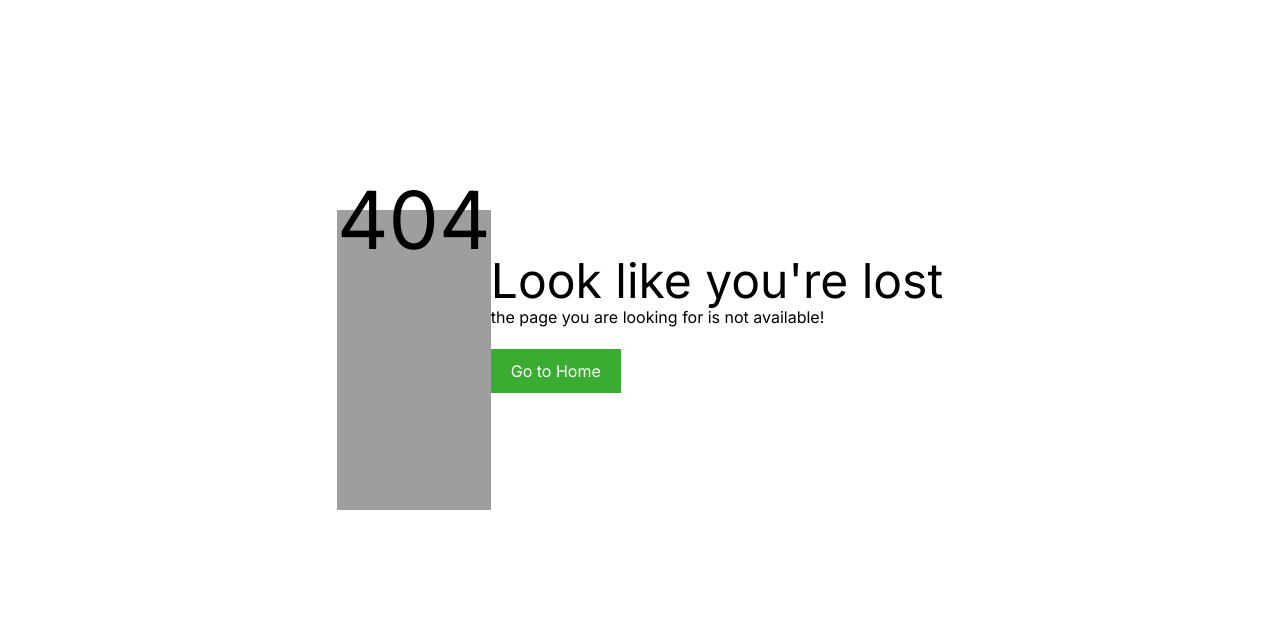
Repository: LuizAGDomingues/404-page
Page: /
These files come from the project's save history. The page is drawn as it stood at one moment and after the next save; the edit follows.
The browser window is 1280 px wide. The pictures show the whole page.
Pictures or frames that could not be fetched are drawn as grey boxes. The project was rebuilt for these pictures with package versions that can differ from the ones it lists, and the page was loaded fresh each time. The framework's server and built-in components were replaced by stand-ins that run in the browser. Also part of the build but not shown: next.config.js.

Above is the page before, as saved 2023-06-13 16:01:40.

After the next save:
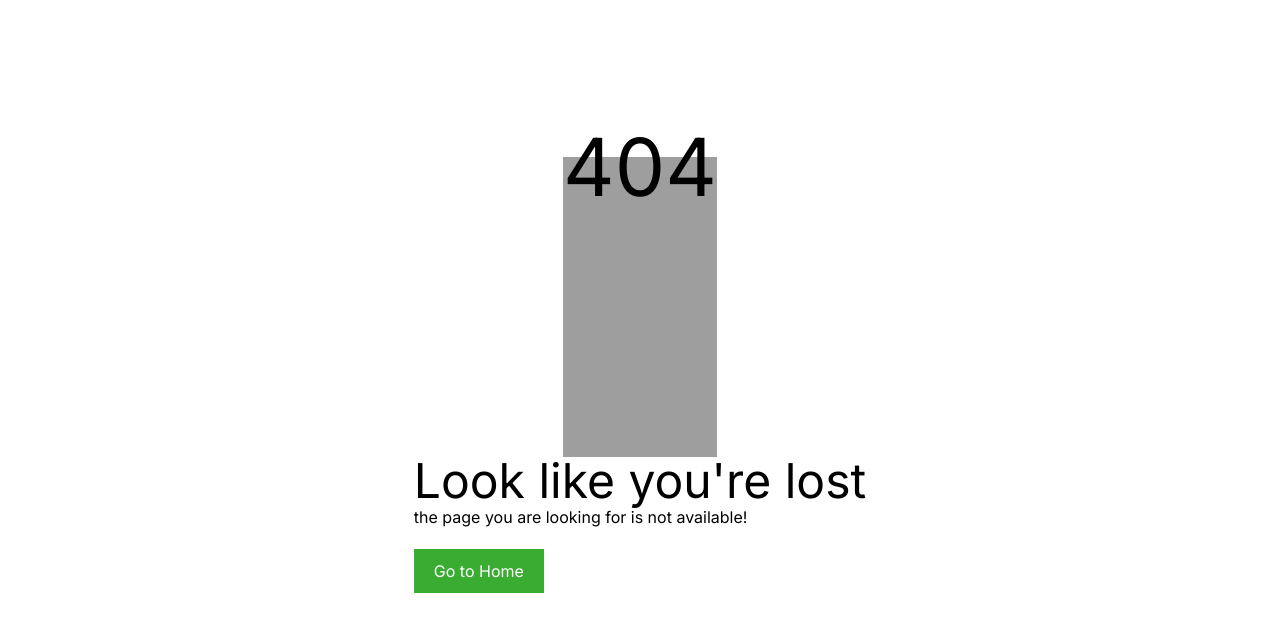
Saved 23 s later.
--- a/src/app/page.tsx
+++ b/src/app/page.tsx
@@ -1,7 +1,7 @@
 export default function Home() {
   return (
     <main className="w-full h-screen">
-      <div className="flex items-center justify-center w-full h-screen">
+      <div className="flex flex-col items-center justify-center w-full h-screen">
         <div className="four_zero_four_bg">
           <h1 className="text-center">404</h1>
         </div>
